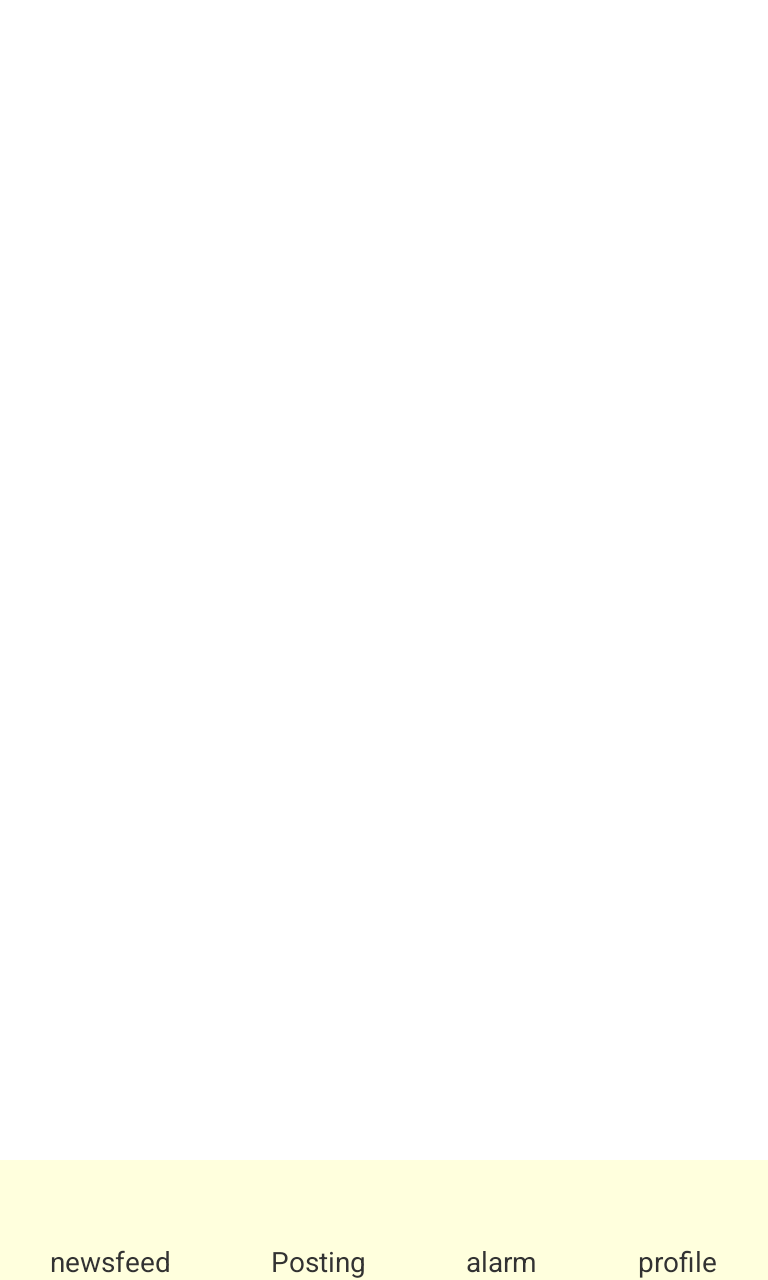
Repository: lay126/fuding_wewe
Layout: fuding_android/FudingAndroid/res/layout/activity_fuding_main.xml
An editor plug-in stored every save of this project. The layout is shown before and after the next save, followed by the edit.
It is drawn on a 768 x 1280 px phone screen (xhdpi) without system bars, with theme AppTheme; the app's code is not run. Lists and similar views that code fills are empty.

Above is the layout before, as saved 2015-07-21 07:40:05.

### fuding_android/FudingAndroid/res/layout/activity_fuding_main.xml
<RelativeLayout xmlns:android="http://schemas.android.com/apk/res/android"
    xmlns:tools="http://schemas.android.com/tools"
    android:layout_width="match_parent"
    android:layout_height="match_parent"
    tools:context="wewe.fuding.fudingandroid.FudingMainActivity" >

    <android.support.v4.view.ViewPager
        android:id="@+id/pager"
        android:layout_width="match_parent"
        android:layout_height="match_parent"
        android:layout_above="@+id/LinearLayout1" >
    </android.support.v4.view.ViewPager>

    <LinearLayout
        android:id="@+id/LinearLayout1"
        android:layout_width="wrap_content"
        android:layout_height="60dp"
        android:layout_alignParentBottom="true"
        android:layout_alignParentLeft="true"
        android:layout_alignParentRight="true"
        android:weightSum="4" >

        <RelativeLayout
            android:id="@+id/newsfeed_layout"
            android:layout_width="wrap_content"
            android:layout_height="match_parent"
            android:background="#FFFFDD"
            android:layout_weight="1" >

            <TextView
                android:id="@+id/newsfeed_text"
                android:layout_width="wrap_content"
                android:layout_height="wrap_content"
                android:layout_alignParentBottom="true"
                android:layout_centerHorizontal="true"
                android:text="newsfeed" />
        </RelativeLayout>

        <RelativeLayout
            android:id="@+id/addpost_layout"
            android:layout_width="wrap_content"
            android:layout_height="match_parent"
            android:background="#FFFFDD"
            android:layout_weight="1" >

            <TextView
                android:id="@+id/addpost_text"
                android:layout_width="wrap_content"
                android:layout_height="wrap_content"
                android:layout_alignParentBottom="true"
                android:layout_centerHorizontal="true"
                android:text="Posting" />
        </RelativeLayout>

        <RelativeLayout
            android:id="@+id/alarm_layout"
            android:layout_width="wrap_content"
            android:layout_height="match_parent"
            android:background="#FFFFDD"
            android:layout_weight="1" >

            <TextView
                android:id="@+id/alarm_text"
                android:layout_width="wrap_content"
                android:layout_height="wrap_content"
                android:layout_alignParentBottom="true"
                android:layout_centerHorizontal="true"
                android:text="alarm" />
        </RelativeLayout>

        <RelativeLayout
            android:id="@+id/profile_layout"
            android:layout_width="wrap_content"
            android:layout_height="match_parent"
            android:background="#FFFFDD"
            android:layout_weight="1" >

            <TextView
                android:id="@+id/profile_text"
                android:layout_width="wrap_content"
                android:layout_height="wrap_content"
                android:layout_alignParentBottom="true"
                android:layout_centerHorizontal="true"
                android:text="profile" />
        </RelativeLayout>
    </LinearLayout>

</RelativeLayout>

Loaded but not shown: fuding_android/FudingAndroid/res/values/styles.xml (common file); fuding_android/FudingAndroid/res/values-v11/styles.xml (common file); fuding_android/FudingAndroid/res/values-v14/styles.xml (common file)

After the next save:
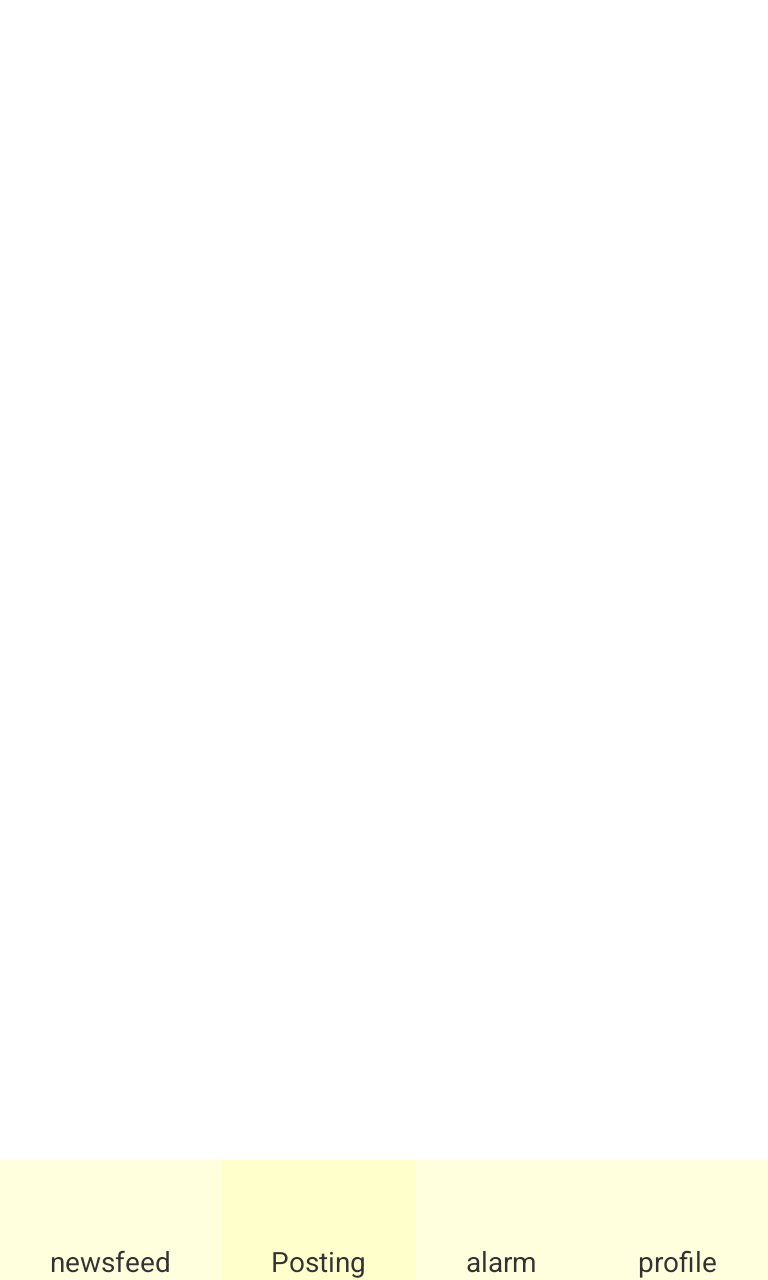
Saved 20 s later.
--- a/fuding_android/FudingAndroid/res/layout/activity_fuding_main.xml
+++ b/fuding_android/FudingAndroid/res/layout/activity_fuding_main.xml
@@ -40,7 +40,7 @@
             android:id="@+id/addpost_layout"
             android:layout_width="wrap_content"
             android:layout_height="match_parent"
-            android:background="#FFFFDD"
+            android:background="#FFFFCC"
             android:layout_weight="1" >
 
             <TextView
